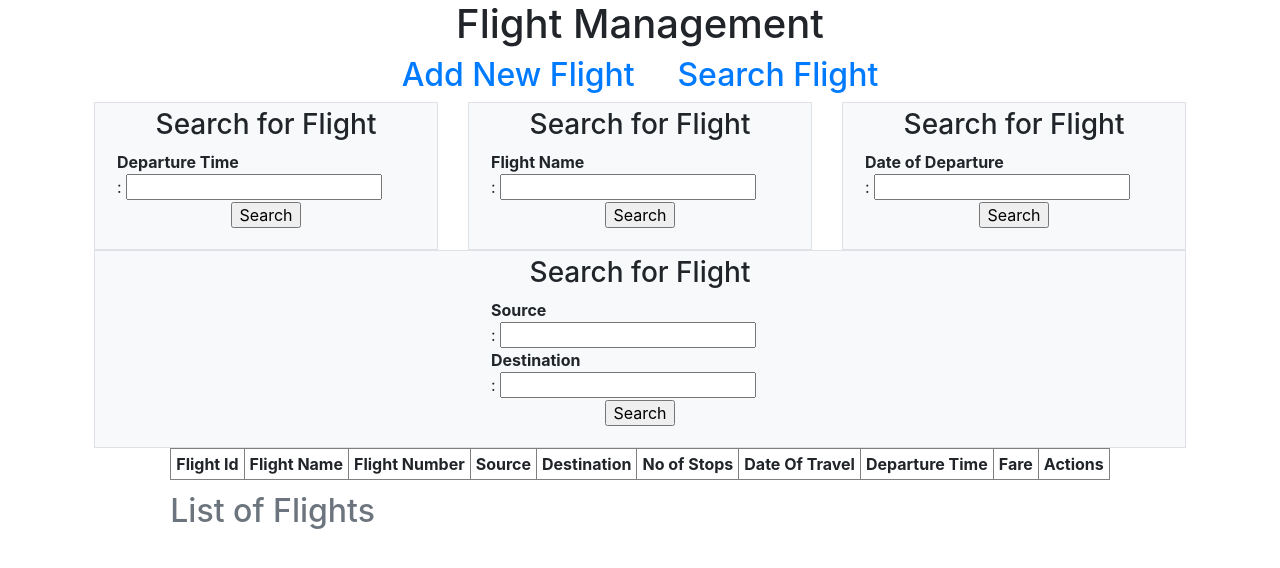
Repository: pawankas/Java_Mini_Project
Page: http://localhost/AirlineReservation/list
An editor plug-in stored every save of this project. The page is shown before and after the next save, followed by the edit.
The browser window is 1280 px wide. The pictures show the whole page.
The page is served by Tomcat 9. Queries for data that is not in the repository find no rows.

Above is the page before, as saved 2022-03-18 08:39:14.

After the next save:
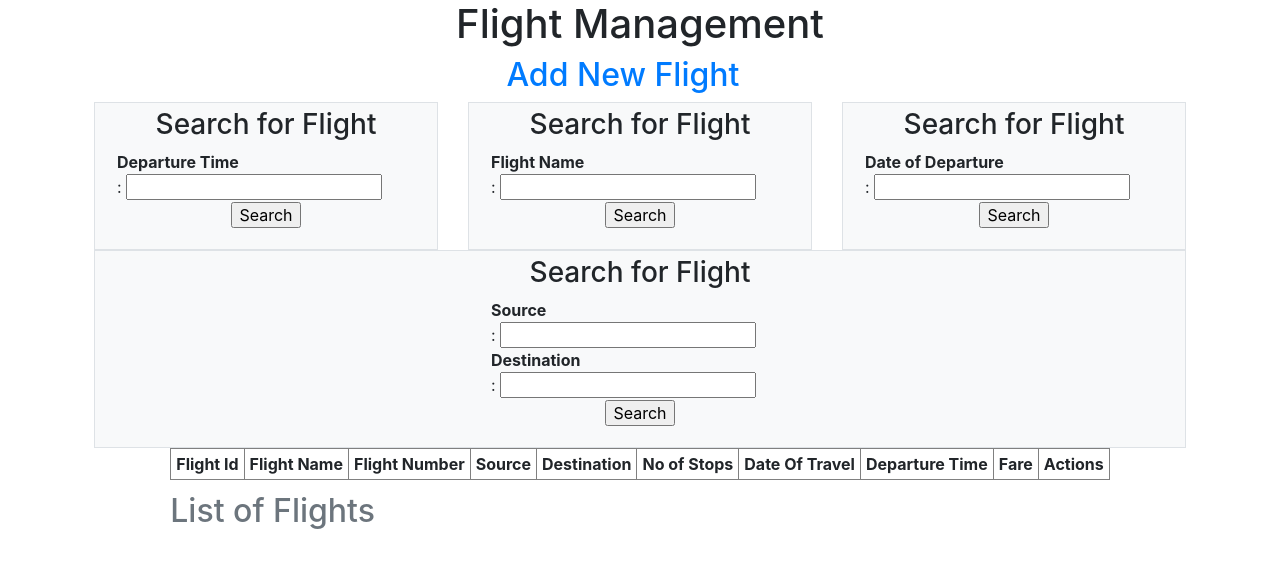
Saved 49 s later.
--- a/AirlineReservation/WebContent/FlightList.jsp
+++ b/AirlineReservation/WebContent/FlightList.jsp
@@ -19,8 +19,7 @@
 	<center>
 		<h1>Flight Management</h1>
 		<h2>
-			<a href="new">Add New Flight</a> &nbsp;&nbsp;&nbsp; <a
-				href="search.jsp">Search Flight</a>
+			<a href="new">Add New Flight</a> &nbsp;&nbsp;&nbsp;
 
 		</h2>
 	</center>
